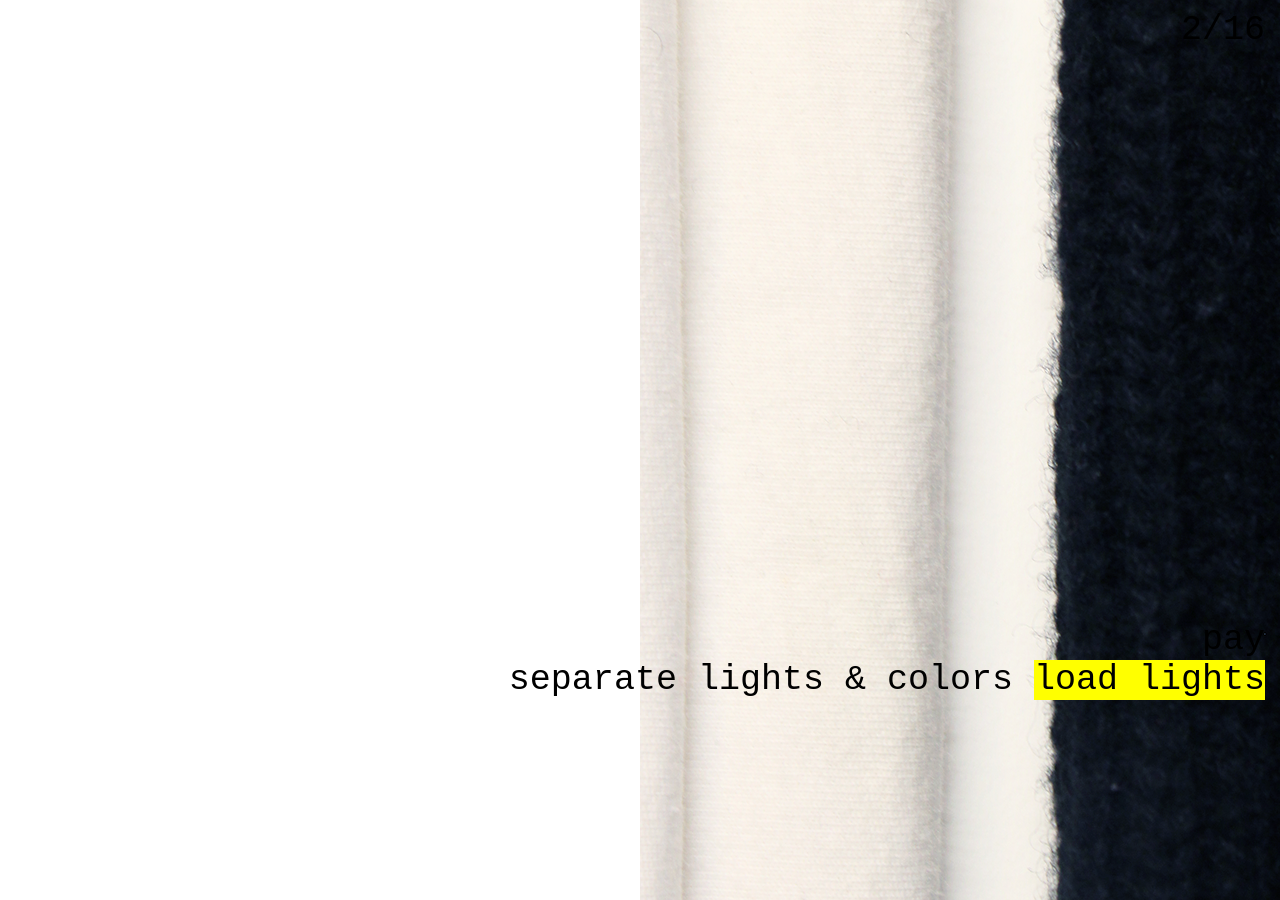
Repository: ortik455/ortik455.github.io
Page: studio/laundrysite/three.html
The author's editor kept a record of every edit. The page is drawn from the files as they stood at one moment, then again after the next edit.
The browser window is 1280 px wide. The pictures show the whole page.

Above is the page before.

After the next edit:
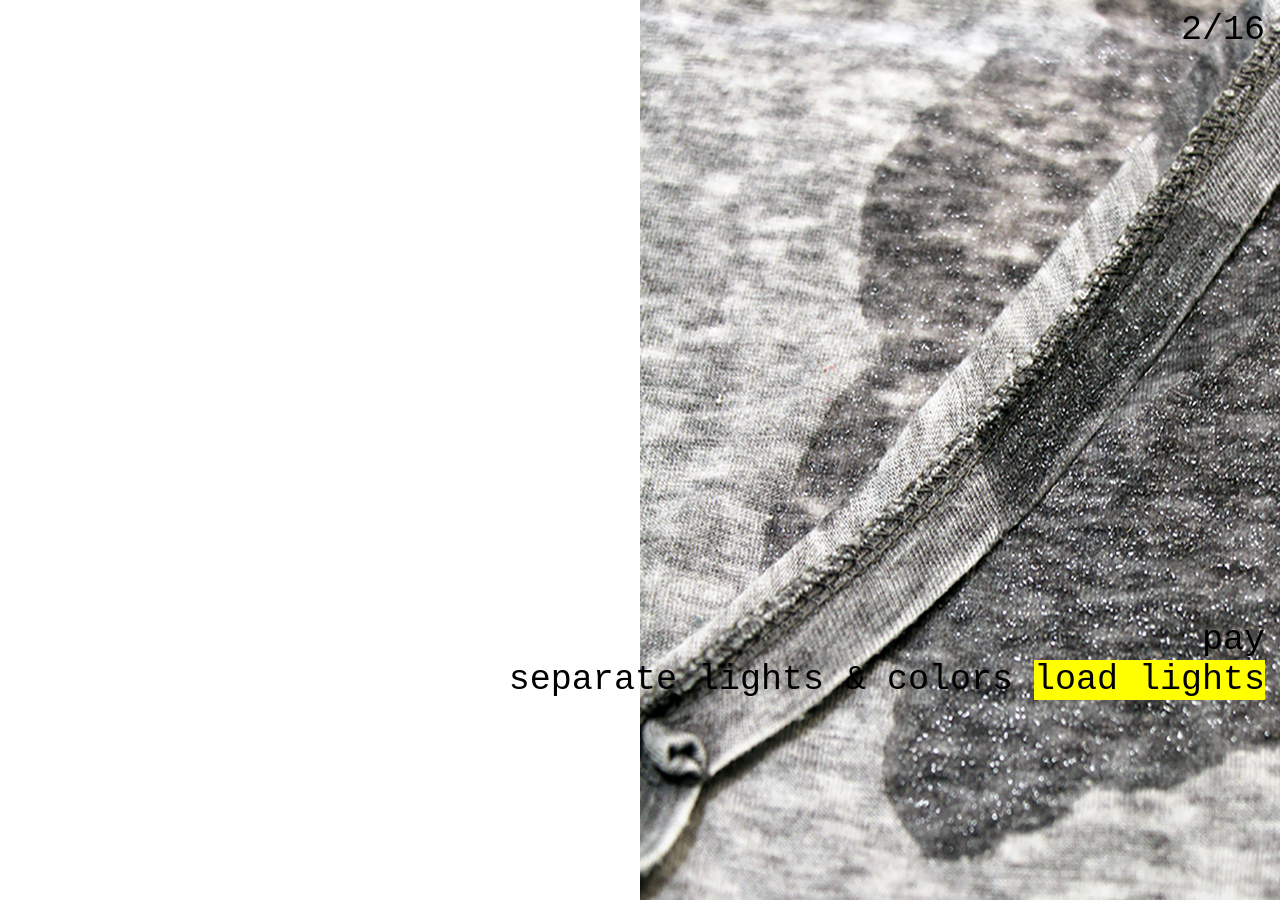
The edit:
--- a/studio/laundrysite/three.html
+++ b/studio/laundrysite/three.html
@@ -22,7 +22,7 @@
 	  </div>
 
 	  <div class="photos">
-	  	<a href="three.html"><img src="photos/both.png"  alt=""></a>
+	  	<a href="four.html"><img src="photos/loadlights.png"  alt=""></a>
 	  </div>
 	</body>
 </html>
